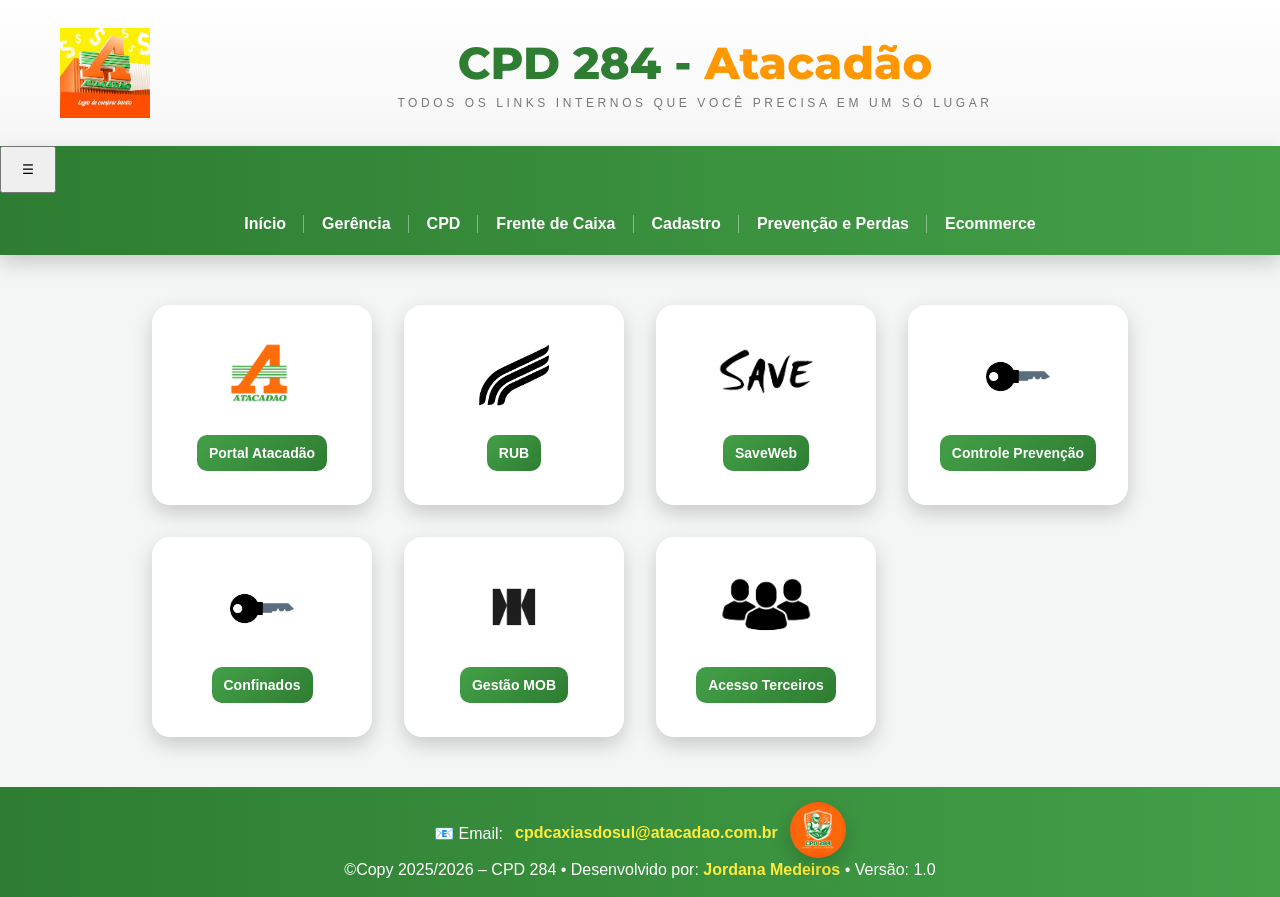
Repository: Iamjordana/projetositecpd284
Page: prevencao.html
These files come from the project's save history. The page is drawn as it stood at one moment and after a run of saves; the edit follows.
The browser window is 1280 px wide. The pictures show the whole page.

Above is the page before, as saved 2026-01-10 20:53:10.

### prevencao.html
<!DOCTYPE html>
<html lang="pt-br">
<head>
    <meta charset="UTF-8">
    <meta name="viewport" content="width=device-width, initial-scale=1.0">
    <link rel="stylesheet" href="css/style.css">
    <link rel="shortcut icon" href="imagens/favicon.ico.png" type="image/x-icon">
    <link rel="stylesheet" href="css/style.css">
    <title>Prevenção e Perdas</title>
</head>
<body>
</head>
<body>
<header class="header">
  <div class="header-conteudo">

    <!-- LOGO -->
    <img src="imagens/logoataca.jpg" alt="Atacadão" class="header-logo">

    <!-- TEXTO CENTRAL -->
    <div class="header-texto">
      <h1 class="titulo-principal">
        <span class="titulo-verde">CPD 284 - </span>
        <span class="titulo-laranja">Atacadão</span>
      </h1>
      <p>Todos os links internos que você precisa em um só lugar</p>
    </div>
  </div>
</header>

<nav class="navbar">
    <button class="menu-toggle" aria-label="Abrir menu">☰</button>

    <div class="menu">
        <a href="index.html">Início</a>
        <a href="gerencia.html">Gerência</a>
        <a href="cpd.html">CPD</a>
        <a href="frentecaixa.html">Frente de Caixa</a>
        <a href="cadastro.html">Cadastro</a>
        <a href="prevencao.html">Prevenção e Perdas</a>
        <a href="ecommerce.html">Ecommerce</a>
    </div>
</nav>
<main>
  <div class="container">

    <div class="card">
      <img src="imagens/atacadao.png" alt="ATACADAO" class="card-img1">
      <a href="https://srvportal-prod.br-atacadao.corp/portal/" target="_blank">
        <button class="btn_atalho">Portal Atacadão</button>
      </a>
    </div>

    <div class="card">
      <img src="imagens/RUB2.png" alt="RUB" class="card-img2">
      <a href="https://srvuca284/vue/" target="_blank">
        <button class="btn_atalho">RUB</button>
      </a>
    </div>

    <div class="card">
      <img src="imagens/SAVE2.png" alt="SAVEWEB" class="card-img3">
      <a href="https://srvapp284.br-atacadao.corp/" target="_blank">
        <button class="btn_atalho">SaveWeb</button>
      </a>
    </div>

    <div class="card">
      <img src="imagens/chaves.jpg" alt="prevchaves" class="card-img5">
      <a href="https://srvsave142/prevperdas/#/chaves" target="_blank">
        <button class="btn_atalho">Controle Prevenção</button>
      </a>
    </div>

    <div class="card">
      <img src="imagens/chaves.jpg" alt="prevconfinados" class="card-img5">
      <a href="https://srvsave284/confinados/index.php?page=login" target="_blank">
        <button class="btn_atalho">Confinados</button>
      </a>
    </div>

        <div class="card">
      <img src="imagens/MOB.png" alt="MOB" class="card-img6">
      <a href="https://portaria-v2.mob2con.com.br/#/login" target="_blank">
        <button class="btn_atalho">Gestão MOB</button>
      </a>
    </div>

    <div class="card">
      <img src="imagens/terceiros.png" alt="terceiros" class="card-img7">
      <a href="https://srvterceiros.br-atacadao.corp/#/login?returnUrl=%2Fpages%2Fcadastros-terceiros%2Fcheckin" target="_blank">
        <button class="btn_atalho">Acesso Terceiros</button>
      </a>
    </div>
  </div>
</main>

<footer class="footer">
  <p class="linha-email">
    📧 Email:
    <a href="mailto:cpdcaxiasdosul@atacadao.com.br">
      cpdcaxiasdosul@atacadao.com.br
    </a>

    <span class="logo-animada">
      <img src="imagens/logocpd284.png" alt="Logo CPD 284">
    </span>
  </p>

  <p>
    ©Copy 2025/2026 – CPD 284 • Desenvolvido por:
    <a href="https://github.com/Iamjordana" target="_blank">Jordana Medeiros</a>
    • Versão: 1.0
  </p>
</footer>
</body>
</html>

### css/style.css
@charset "UTF-8";
@import url('https://fonts.googleapis.com/css2?family=Montserrat:wght@600;800&display=swap');

/* =====================================================
   1. VARIÁVEIS
===================================================== */
:root {
  --branco: #ffffff;
  --cinza-bg: #f4f6f5;

  --verde-claro: #43a047;
  --verde-escuro: #2e7d32;

  --laranja: #ff9800;
  --laranja-escuro: #f57c00;

  --texto: #444;
  --texto-suave: #777;

  --sombra-suave: 0 4px 12px rgba(0,0,0,0.12);
  --sombra-media: 0 8px 20px rgba(0,0,0,0.18);
  --sombra-forte: 0 14px 30px rgba(0,0,0,0.25);
}

/* =====================================================
   2. RESET E BASE
===================================================== */
* {
  margin: 0;
  padding: 0;
  box-sizing: border-box;
}

html, body {
  height: 100%;
}

body {
  background: var(--cinza-bg);
  font-family: Arial, Helvetica, sans-serif;
  color: var(--texto);
  display: flex;
  flex-direction: column;
}

/* =====================================================
   3. HEADER
===================================================== */
.header {
  background: linear-gradient(180deg, #ffffff 0%, #f6f6f6 100%);
  box-shadow: var(--sombra-suave);
}

.header-conteudo {
  max-width: 1200px;
  margin: auto;
  padding: 28px 20px;

  display: flex;
  align-items: center;
  justify-content: space-between;
  gap: 20px;
}

.header-logo {
  width: 90px;
  height: auto;
}

.header-texto {
  text-align: center;
  flex: 1;
}

.titulo-principal {
  font-family: 'Montserrat', sans-serif;
  font-size: 2.8rem;
  font-weight: 800;
}

.titulo-verde { color: var(--verde-escuro); }
.titulo-laranja { color: var(--laranja); }

.header-texto p {
  margin-top: 6px;
  font-size: 0.75rem;
  letter-spacing: 0.3em;
  text-transform: uppercase;
  color: var(--texto-suave);
}

.header-acoes {
  display: flex;
  align-items: center;
}

.btn-header {
  background: linear-gradient(135deg, var(--verde-escuro), var(--verde-claro));
  color: white;
  padding: 10px 22px;
  border-radius: 22px;
  text-decoration: none;
  font-weight: 700;
  font-size: 14px;
  box-shadow: var(--sombra-media);
  transition: 0.3s;
}

.btn-header:hover {
  background: linear-gradient(135deg, var(--laranja), var(--laranja-escuro));
}

/* =====================================================
   4. NAVBAR
===================================================== */
.navbar {
  background: linear-gradient(90deg, var(--verde-escuro), var(--verde-claro));
  box-shadow: var(--sombra-media);
}

.menu {
  max-width: 1200px;
  margin: auto;
  padding: 12px 20px;
  display: flex;
  justify-content: center;
}

.menu a {
  color: white;
  text-decoration: none;
  font-weight: 600;
  padding: 10px 18px;
  position: relative;
}

/* linha divisória discreta */
.menu a:not(:last-child)::after {
  content: "";
  position: absolute;
  right: 0;
  top: 50%;
  transform: translateY(-50%);
  height: 18px;
  width: 1px;
  background: rgba(255,255,255,0.4);
}

.menu a:hover {
  background: white;
  color: var(--verde-escuro);
  border-radius: 8px;
}

/* =====================================================
   5. MAIN / CONTEÚDO
===================================================== */
main {
  flex: 1;
  max-width: 1200px;
  margin: 50px auto;
  background: transparent;
}

.container {
  display: grid;
  grid-template-columns: repeat(auto-fit, minmax(220px, 1fr));
  gap: 32px;
  max-width: 1200px;
  margin: auto;
  padding: 0 20px;
}


/* =====================================================
   6. CARDS
===================================================== */
.card {
  width: 220px;
  height: 200px;
  background: white;
  border-radius: 18px;

  display: flex;
  flex-direction: column;
  align-items: center;
  justify-content: flex-start; /* 🔥 remove espaçamento exagerado */

  padding: 22px;
  box-shadow: var(--sombra-media);
  transition: 0.3s;

  max-width: 260px;
  margin: auto;
}


.card img {
  width: 96px;
  height: 96px;
  object-fit: contain;
  margin-bottom: 12px; /* 🔥 aproxima do botão */
}


.card img {
  width: 96px;
  height: 96px;
  object-fit: contain;
}

.btn_atalho {
  width: 100%;
  text-align: center;

  background: linear-gradient(135deg, var(--verde-claro), var(--verde-escuro));
  color: white;

  border: none;
  outline: none;
  border-radius: 10px;

  padding: 10px 12px;
  font-weight: 600;
  font-size: 14px;

  cursor: pointer;
  transition:
    transform 0.2s ease,
    box-shadow 0.2s ease,
    filter 0.2s ease;

  margin-top: auto;      /* 🔥 mantém no fundo do card */
}

.btn_atalho:hover {
    background: linear-gradient(135deg, #ff9800, #f57c00);
    transform: translateY(-2px);
    filter: brightness(1.05);
}
.btn_atalho:focus-visible {
  box-shadow: 0 0 0 3px rgba(0, 128, 0, 0.35);
}


/* =====================================================
   7. FOOTER
===================================================== */
.footer {
  background: linear-gradient(90deg, var(--verde-escuro), var(--verde-claro));
  color: white;
  text-align: center;
  padding: 18px 12px;
}

.footer a {
  color: #ffeb3b;
  font-weight: bold;
  text-decoration: none;
}

.footer a:hover {
  text-decoration: underline;
}

.linha-email {
  display: inline-flex;
  align-items: center;
  gap: 12px;
}

.logo-animada {
  width: 56px;
  height: 56px;
  border-radius: 50%;
  overflow: hidden;
  box-shadow: var(--sombra-media);
  animation: respirar 4s infinite ease-in-out;
}

.logo-animada img {
  width: 100%;
  height: 100%;
  object-fit: cover;
}

@keyframes respirar {
  0%, 100% { transform: translateY(0); }
  50% { transform: translateY(-6px); }
}

@media (max-width: 768px) {

  .menu-toggle {
    display: block; /* ✅ aparece só no celular */
    padding: 14px 20px;
  }

  .menu {
    display: none; /* ❌ menu escondido */
    flex-direction: column;
    width: 100%;
    background: linear-gradient(90deg, var(--verde-escuro), var(--verde-claro));
  }

  .menu.active {
    display: flex; /* ✅ abre ao clicar */
  }

  .menu a {
    padding: 14px;
    text-align: center;
    border-top: 1px solid rgba(255,255,255,0.3);
  }

  /* remove divisória vertical */
  .menu a::after {
    display: none;
  }
}


  .menu-toggle {
    display: block; /* ✅ aparece só no celular */
    padding: 14px 20px;
}

After the next 3 saves:
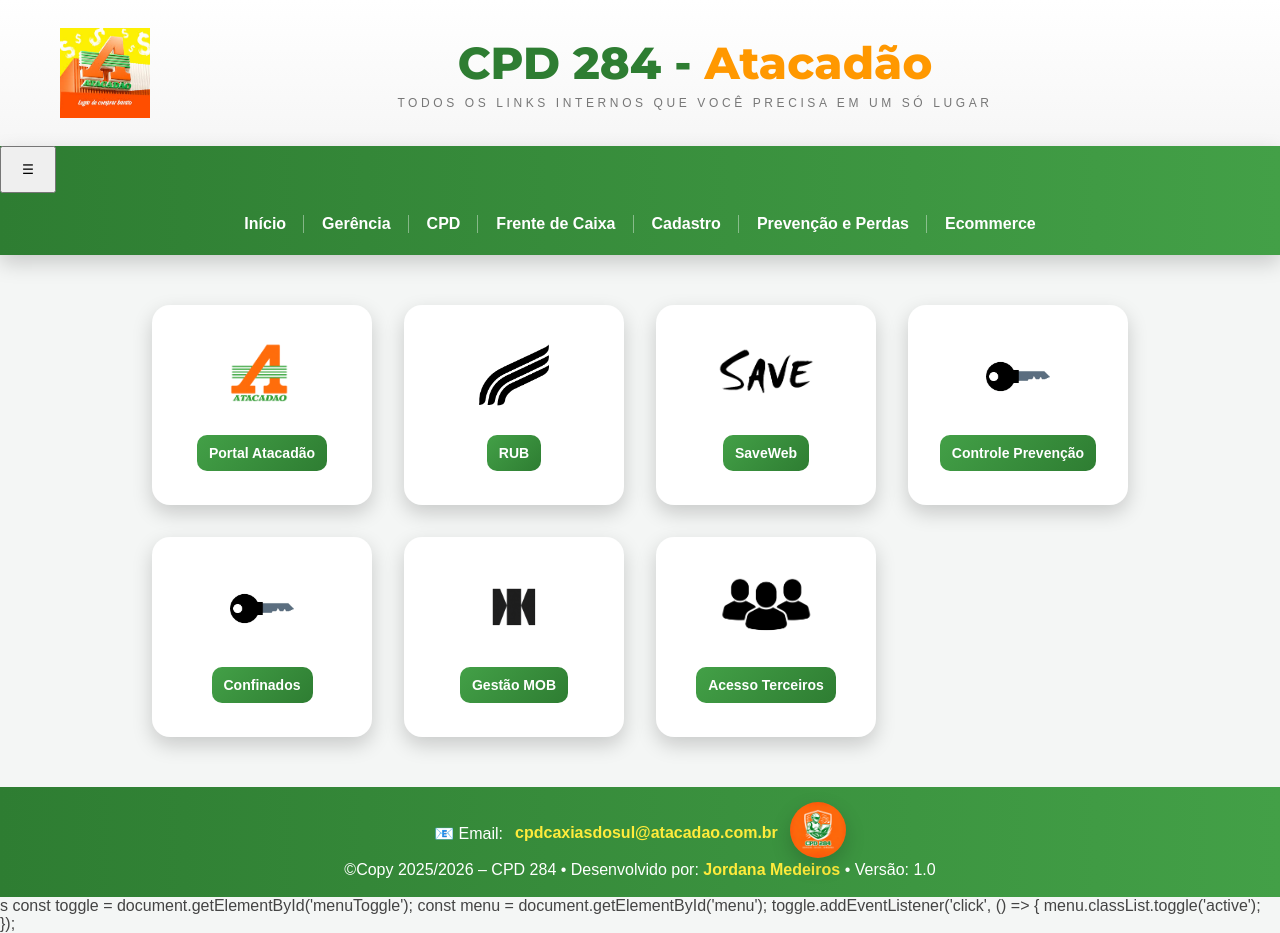
The 3 saves are shown as one change because they came seconds apart.
The last was saved 41 s later.
--- a/prevencao.html
+++ b/prevencao.html
@@ -114,4 +114,12 @@
   </p>
 </footer>
 </body>
+s
+const toggle = document.getElementById('menuToggle');
+const menu = document.getElementById('menu');
+
+toggle.addEventListener('click', () => {
+  menu.classList.toggle('active');
+});
+</script>
 </html>

After the save that followed:
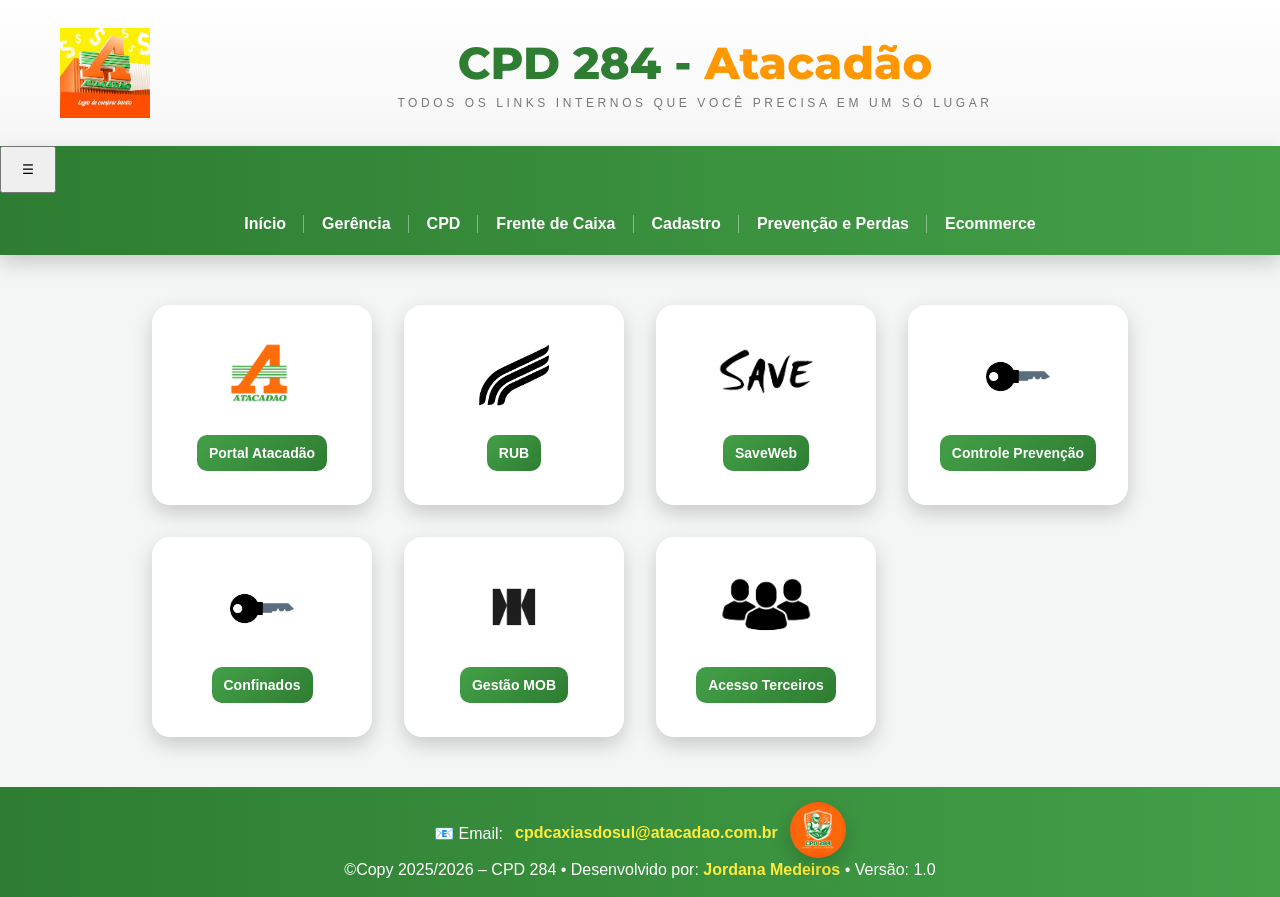
Console error: TypeError: Cannot read properties of null (reading 'addEventListener')
Saved 5 s later.
--- a/prevencao.html
+++ b/prevencao.html
@@ -114,7 +114,7 @@
   </p>
 </footer>
 </body>
-s
+<script>
 const toggle = document.getElementById('menuToggle');
 const menu = document.getElementById('menu');
 
